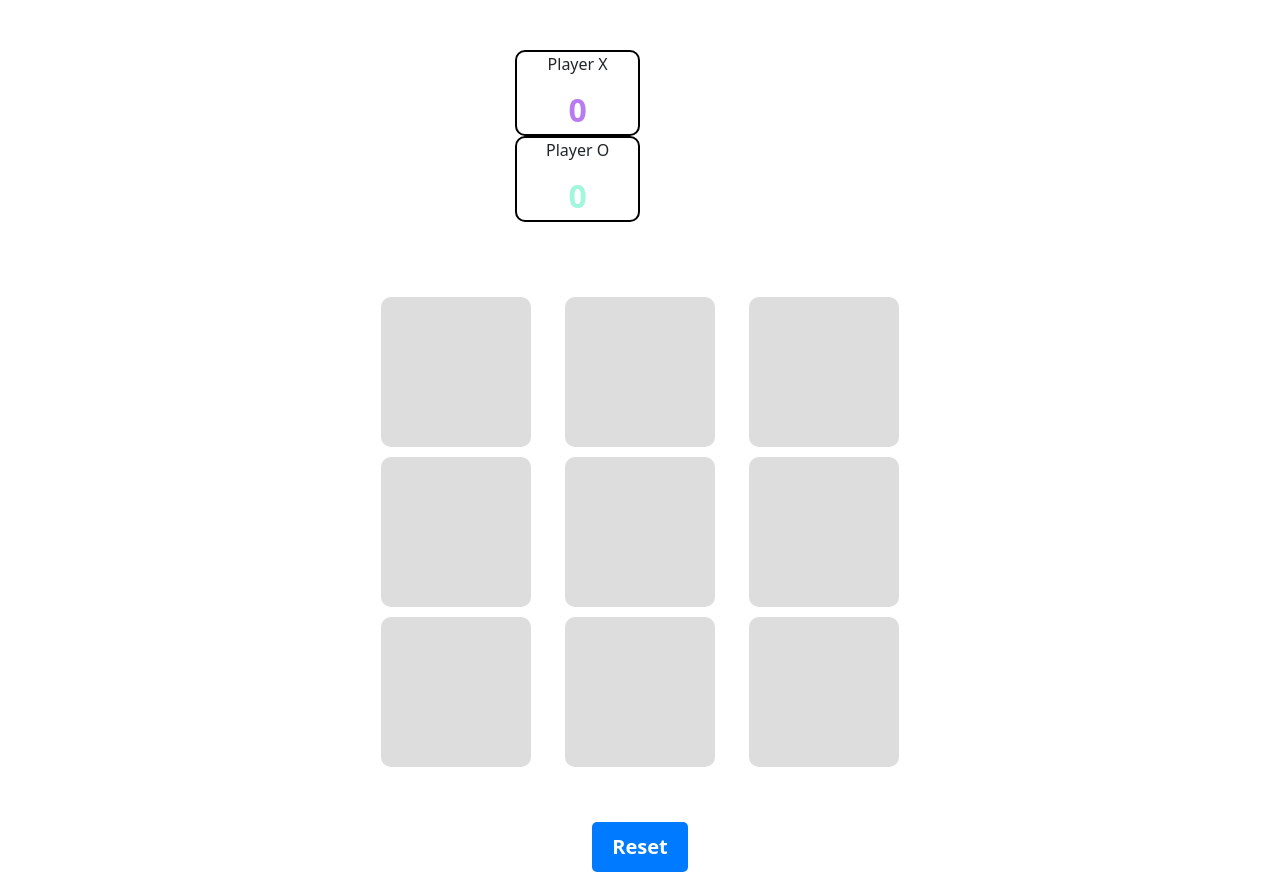
Repository: woodsdeshe/Tic-Tac-Toe
Page: index.html
An editor plug-in stored every save of this project. The page is shown before and after a run of saves, followed by the edit.
The browser window is 1280 px wide. The pictures show the whole page.

Above is the page before, as saved 2023-03-31 20:41:33.

### index.html
<!DOCTYPE html>
<html lang="en">
  <head>
    <meta charset="UTF-8" />
    <meta http-equiv="X-UA-Compatible" content="IE=edge" />
    <meta name="viewport" content="width=device-width, initial-scale=1.0" />
    <title>Tic Tac Toe | DeShe Woods</title>
    <link rel="stylesheet" href="styles.css" />
    <link
      href="https://cdn.jsdelivr.net/npm/bootstrap@5.3.0-alpha2/dist/css/bootstrap.min.css"
      rel="stylesheet"
      integrity="sha384-aFq/bzH65dt+w6FI2ooMVUpc+21e0SRygnTpmBvdBgSdnuTN7QbdgL+OapgHtvPp"
      crossorigin="anonymous"
    />
  </head>
  <body>
    <div class="container">
      <div class="row">
        <div class="col-6 scoreboard scoreboard-left">
          <div>Player X</div>
          <div class="score-x">0</div>
        </div>
        <div class="col-6 scoreboard scoreboard-right">
          <div>Player O</div>
          <div class="score-o">0</div>
        </div>
      </div>
      <div class="message"></div>
      <div class="container game-board">
        <div class="row">
          <div class="col-4">
            <div class="tile square-1"></div>
          </div>
          <div class="col-4">
            <div class="tile square-2"></div>
          </div>
          <div class="col-4">
            <div class="tile square-3"></div>
          </div>
        </div>
        <div class="row">
          <div class="col-4">
            <div class="tile square-4"></div>
          </div>
          <div class="col-4">
            <div class="tile square-5"></div>
          </div>
          <div class="col-4">
            <div class="tile square-6"></div>
          </div>
        </div>
        <div class="row">
          <div class="col-4">
            <div class="tile square-7"></div>
          </div>
          <div class="col-4">
            <div class="tile square-8"></div>
          </div>
          <div class="col-4">
            <div class="tile square-9"></div>
          </div>
        </div>
      </div>
      </div>
      <div class="reset">
        <button class="reset-btn">Reset</button>
      </div>
    </div>
    <script
      src="https://cdn.jsdelivr.net/npm/bootstrap@5.3.0-alpha2/dist/js/bootstrap.bundle.min.js"
      integrity="sha384-qKXV1j0HvMUeCBQ+QVp7JcfGl760yU08IQ+GpUo5hlbpg51QRiuqHAJz8+BrxE/N"
      crossorigin="anonymous"
    ></script>
    <script src="script.js"></script>
  </body>
</html>

### styles.css
.container {
  display: flex;
  flex-direction: column;
  align-items: center;
  margin-top: 50px;
}

.scoreboard {
    display: flex;
    flex-direction: column;
    align-items: center;
    border: 2px solid black;
    border-radius: 10px;
    width: 200px
}

.scoreboard-left {
    margin-right: 70px;
  }

.scoreboard-right {
  border-top-right-radius: 10px;
  border-bottom-right-radius: 10px;
}

.score-x{
    font-size: 48px;
  color: rgb(184, 123, 241);
}

.score-o {
    font-size: 48px;
  color: rgb(160, 247, 221);
}

.score-x,
.score-o {
  font-size: 2em;
  font-weight: bold;
  margin-top: 10px;
}

.message {
    font-size: 2em;
    margin-bottom: 20px;
  }

  .game-board {
    display: flex;
    justify-content: center;
  }

  .tile {
    width: 150px;
    height: 150px;
    background-color: #ddd;
    margin: 5px;
    border-radius: 10px;
    display: flex;
    justify-content: center;
    align-items: center;
    font-size: 50px;
    font-weight: bold;
    cursor: pointer;
  }

  .reset {
    text-align: center;
    margin-top: 50px;
  }


  .reset-btn {
    font-size: 20px;
    font-weight: bold;
    padding: 10px 20px;
    background-color: #007bff;
    color: white;
    border-radius: 5px;
    border: none;
    cursor: pointer;
  }

@media (max-width: 767px) {
  .scoreboard {
    margin-bottom: 20px;
  }
}

### script.js
// Variables that access the squares, reset button, scoreboards , and messaging for the game that will stay constant
const gameBoard = document.querySelector(".game-board");
const resetBtn = document.querySelector(".reset-btn");
const scoreboardX = document.querySelector(".score-x");
const scoreboardO = document.querySelector(".score-o");
const message = document.querySelector(".message");
const tile = document.querySelectorAll(".tile");

// Variables that access the current player, game over, X and O scores that will change based on conditions of the game
let currentPlayer = "X";
let gameOver = false;
let xScore = 0;
let oScore = 0;

// This event listener will check to see if the tiles are empty and will fill them with the symbol of the current player

gameBoard.addEventListener("click", (event) => {
  event.preventDefault();

  //This if statement checks to see if the game is over before allowing the players to continue playing. If gameOver is true, then the board becomes unclickable
  if (gameOver) {
    return;
  }

  // This variable will hold the square that gets clicked using the .target property
  const square = event.target;

  // Checks to see if the square contains a class of tile and the square is empty. If it's empty then the square will contain a symbol and alternate the symbol according to the current player
  if (square.classList.contains("tile") && square.textContent === "") {
    square.textContent = currentPlayer;

    //Updates the message variable to show who's turn it is on the screen
    message.textContent = `It's ${currentPlayer} turn`;

    currentPlayer = currentPlayer === "X" ? "O" : "X";
  }

  //Calls the checkForWinner function after each turn to see if a player has won
  checkForWinner();
});

// Check to see if the tiles contain a winning play of a specific player
function currentPlay(plays, player) {
  // The .every method checks through every tile within the player array that checks to see if they contain the current players symbol with a boolean "true" or "false"
  return plays.every((tile) => {
    tileElement = document.querySelector(`.square-${tile}`);
    return tileElement.textContent === player;
  });
}

// This function will check to see which player has the winning set after each move
function checkForWinner() {
  // Nested arrays that show all the winning plays that are needed to win
  const winningPlays = [
    [1, 2, 3],
    [4, 5, 6],
    [7, 8, 9],
    [1, 4, 7],
    [2, 5, 8],
    [3, 6, 9],
    [1, 5, 9],
    [3, 5, 7],
  ];

  // Loops through each array within "winingPlays" and stores the values in the variable "plays"
  for (let i = 0; i < winningPlays.length; i++) {
    const plays = winningPlays[i];

    // Create if/else conditions that will check to see if the current player has a winning play thats in 'winningPlays', if no one wins, it calls the "itsATie" function to alert the players that the game is over and prevents the players from continuing to play using th endGame function"
    if (currentPlay(plays, "X")) {
      xScore++;
      scoreboardX.textContent = xScore;
      message.textContent = "Player X Wins!";
      gameOver = true;
      endGame();
    } else if (currentPlay(plays, "O")) {
      oScore++;
      scoreboardO.textContent = oScore;
      message.textContent = "Player O Wins!";
      gameOver = true;
      endGame();
    } else if (itsATie()) {
      message.textContent = "Game over! It's a tie!!!";
      gameOver = true;
      endGame();
    }
  }

  // This function iterates through all the tiles on the board and checks to see if the board is full. If there isn't any empty tiles left, it returns true.
  function itsATie() {
    for (let i = 0; i < tile.length; i++) {
      if (tile[i].textContent === "") {
        return false;
      }
    }
    return true;
  }

  // This function iterates through all the tiles in the game and removes the gameBoard listener so that the board is no longer clickable when the game is over
  function endGame() {
    for (let i = 0; i < tile.length; i++) {
      tile[i].removeEventListener("click", handleClick);
    }
  }
}

//This function resets the game
function resetGame() {
  currentPlayer = "X";
  gameOver = false;
  message.textContent = `It's ${currentPlayer} turn`;
  scoreboardX.textContent = "0";
  scoreboardO.textContent = "0";
  xScore = 0;
  oScore = 0;


  // Clears the board by setting the text content of all tiles to an empty string
  tile.forEach((tile) => {
    tile.textContent = "";
  });

  // Add back the event listener to each tile so that they are clickable again
  tile.forEach((tile) => {
    tile.addEventListener("click", handleTileClick);
  });
}

resetBtn.addEventListener("click", () => {
  resetGame();
});

After the next 2 saves:
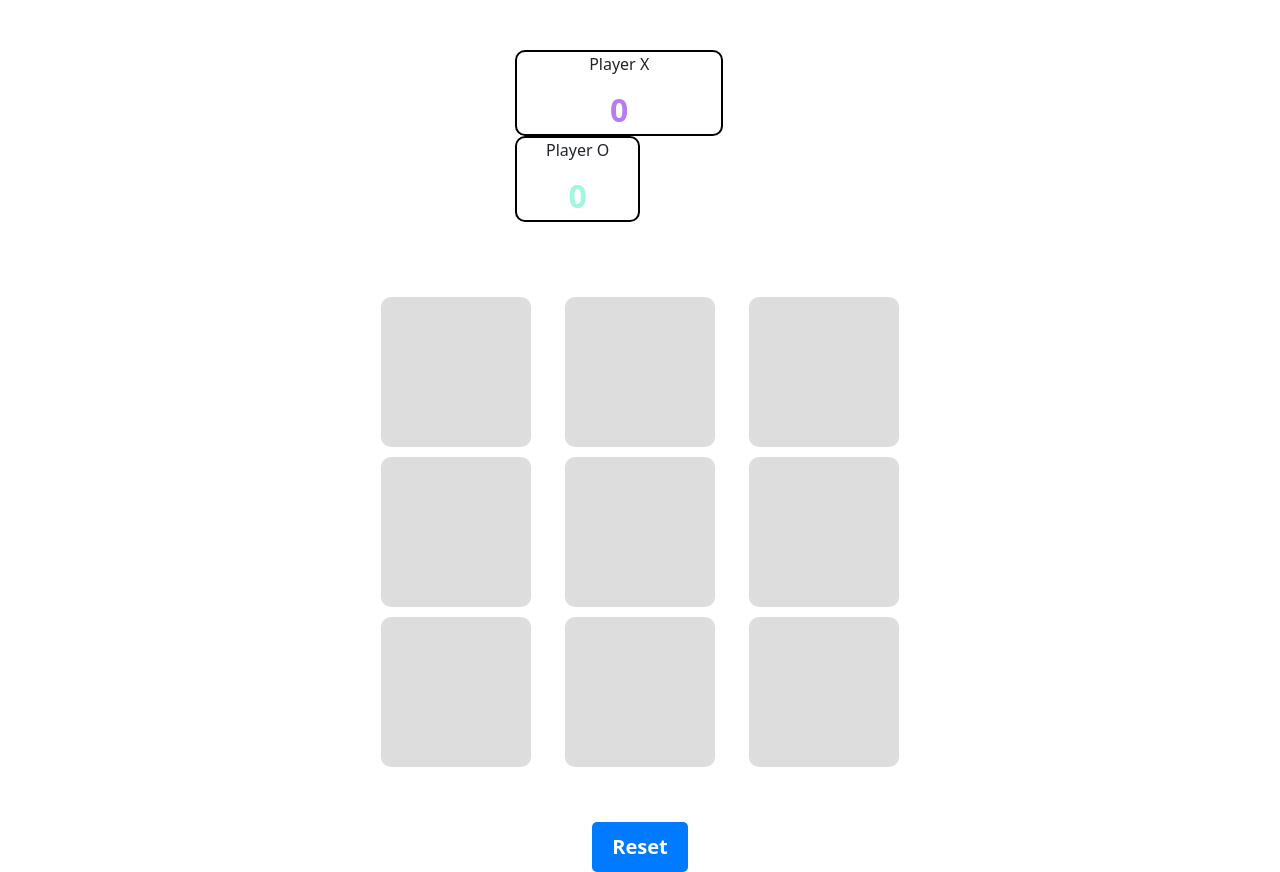
The 2 saves are shown as one change because they came seconds apart.
The last was saved 15 s later.
--- a/index.html
+++ b/index.html
@@ -16,7 +16,7 @@
   <body>
     <div class="container">
       <div class="row">
-        <div class="col-6 scoreboard scoreboard-left">
+        <div class="col-10 scoreboard scoreboard-left">
           <div>Player X</div>
           <div class="score-x">0</div>
         </div>
